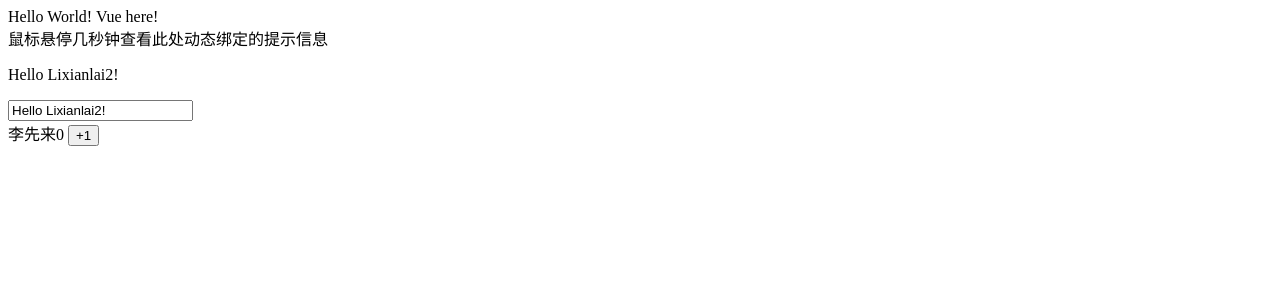
Repository: Lixianlai-2/The-journey-of-learning-Vue
Page: index.html
An editor plug-in stored every save of this project. The page is shown before and after a run of saves, followed by the edit.
The browser window is 1280 px wide. The pictures show the whole page.

Above is the page before, as saved 2022-04-04 14:28:32.

### index.html
<!DOCTYPE html>
<html lang="en">
  <head>
    <meta charset="UTF-8" />
    <meta http-equiv="X-UA-Compatible" content="IE=edge" />
    <meta name="viewport" content="width=device-width, initial-scale=1.0" />
    <title>Vue-demo1</title>
  </head>
  <body>
    <div id="app">{{ message }}</div>

    <div id="app-2">
      <!-- 表示是Vue提供的特殊attribute -->
      <span v-bind:title="mes"> 鼠标悬停几秒钟查看此处动态绑定的提示信息 </span>
    </div>

    <!-- 注意这里是用的id -->
    <!-- <div id="app-3">
      <p v-if="seen">现在你看到我了</p>
    </div> -->

    <!-- <div id="app-4">
      <ol>
        <li v-for="todo in todos">{{todo.text}}</li>
      </ol>
    </div> -->

    <!-- <div id="app-5">
      <p>{{message}}</p>
      <button v-on:click="reverseMessage">点击翻转</button>
    </div> -->

    <div id="app-6">
      <p>{{message}}</p>
      <input v-model="message" />
    </div>

    <div id="app-7"></div>

    <script src="https://cdn.jsdelivr.net/npm/vue@2/dist/vue.js"></script>
    <script src="./起步.js"></script>
  </body>
</html>

### 起步.js
// 关不提示
Vue.config.productionTip = false;

// 声明式渲染
var app = new Vue({
  el: "#app",
  data: {
    message: "Hello World! Vue here!",
  },
});

var app2 = new Vue({
  el: "#app-2",
  data: {
    mes: "页面加载于" + new Date().toLocaleString(),
  },
});

var app3 = new Vue({
  // 注意html中是用的id，不是用的class
  el: "#app-3",
  data: {
    seen: true,
  },
});

var app4 = new Vue({
  el: "#app-4",
  data: {
    todos: [{ text: "First" }, { text: "Second" }],
  },
});

var app5 = new Vue({
  el: "#app-5",
  data: {
    message: "Hello Vue.js!",
  },
  //   注意这里是methods，有个s，就因为这个s我查了很久啊
  methods: {
    reverseMessage() {
      console.log(this);
      console.log(this.message);
      this.message = this.message.split("").reverse().join("");
    },
  },
});

// 处理用户输入
var app6 = new Vue({
  el: "#app-6",
  data: {
    message: "Hello Lixianlai2!",
  },
});

// // 7.
new Vue({
  data: {
    n: 0,
  },
  template: `<div id="app-7">
  李先来{{n}}
  <button @click="add">+1</button>
</div>`,
  methods: {
    add() {
      this.n += 1;
    },
  },
}).$mount("#app-7");

// 组件化应用构建

After the next 3 saves:
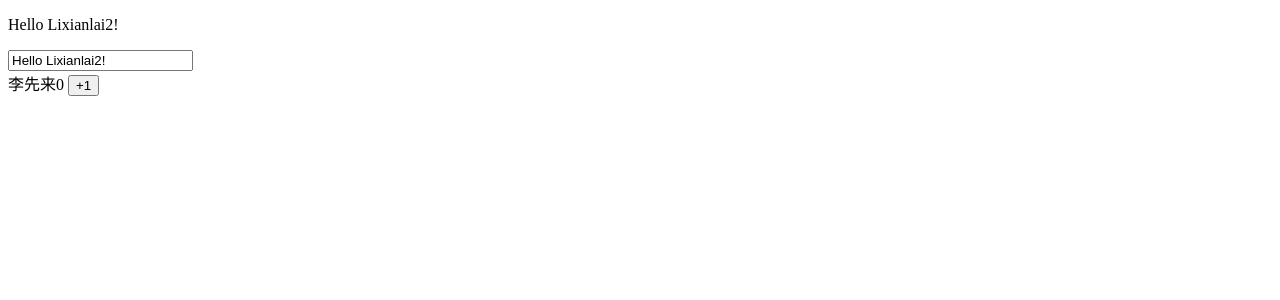
The 3 saves are shown as one change because they came seconds apart.
The last was saved 10 s later.
--- a/index.html
+++ b/index.html
@@ -7,12 +7,12 @@
     <title>Vue-demo1</title>
   </head>
   <body>
-    <div id="app">{{ message }}</div>
+    <!-- <div id="app">{{ message }}</div> -->
 
-    <div id="app-2">
-      <!-- 表示是Vue提供的特殊attribute -->
-      <span v-bind:title="mes"> 鼠标悬停几秒钟查看此处动态绑定的提示信息 </span>
-    </div>
+    <!-- <div id="app-2"> -->
+    <!-- 表示是Vue提供的特殊attribute -->
+    <!-- <span v-bind:title="mes"> 鼠标悬停几秒钟查看此处动态绑定的提示信息 </span>
+    </div> -->
 
     <!-- 注意这里是用的id -->
     <!-- <div id="app-3">
